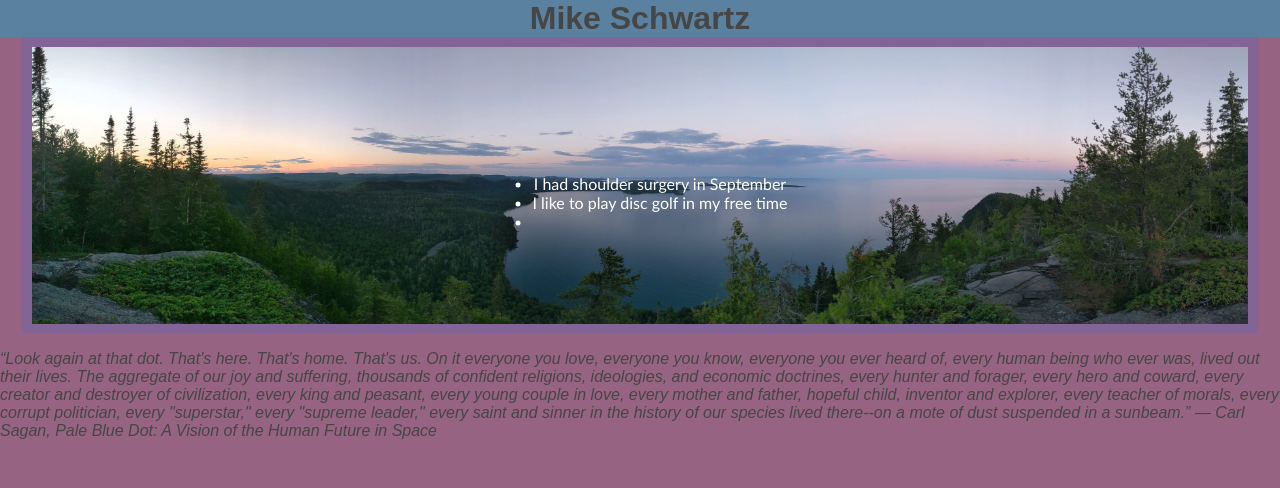
Repository: Ellusionism/prime-pw-week-1-assignment
Page: assignment/index.html
An editor plug-in stored every save of this project. The page is shown before and after a run of saves, followed by the edit.
The browser window is 1280 px wide. The pictures show the whole page.

Above is the page before, as saved 2022-10-26 16:10:21.

After the next 3 saves:
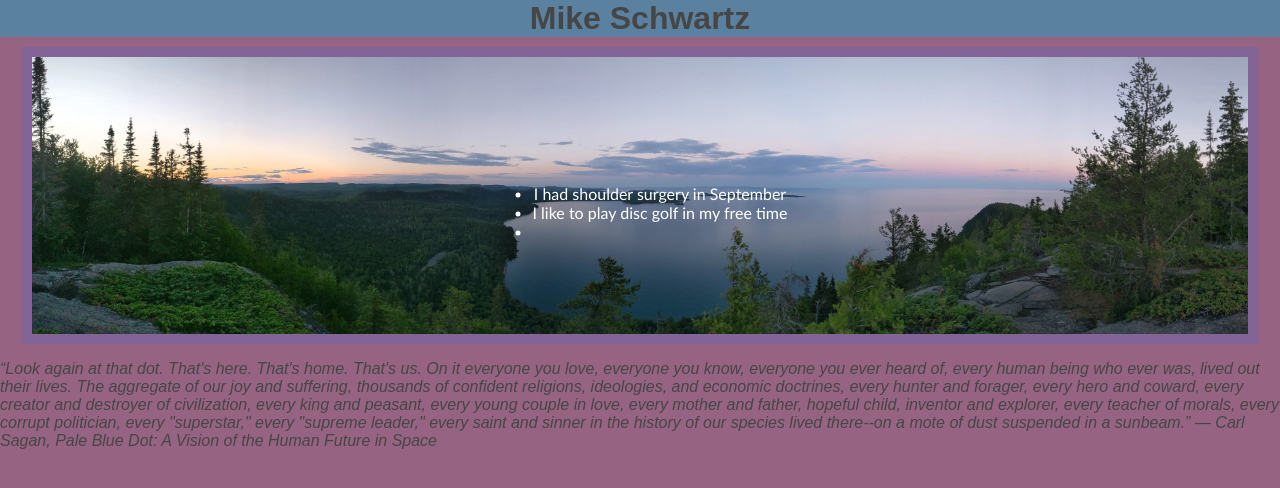
The 3 saves are shown as one change because they came seconds apart.
The last was saved 19 s later.
--- a/assignment/style.css
+++ b/assignment/style.css
@@ -7,6 +7,7 @@ body {
 /* Make the header and footer a different color from the background */
 header {
  background-color: rgb(90, 130, 160);
+ margin-bottom: 10px;
 }
 /* Align the h1 containing your name in the center of the header*/
 .name {
